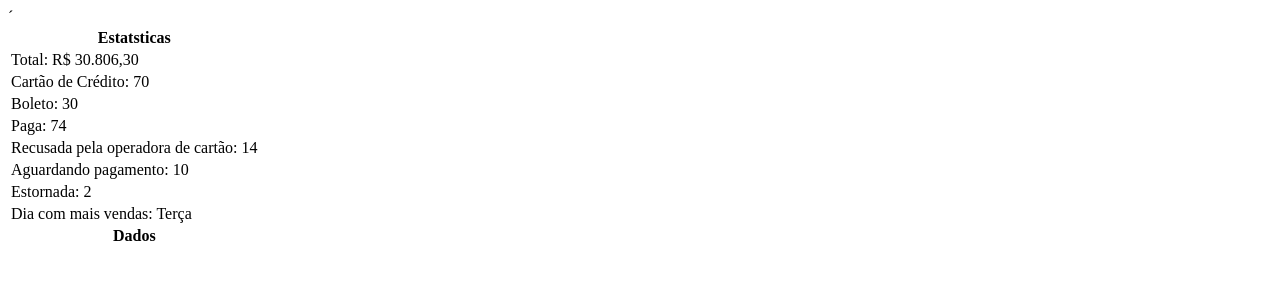
Repository: lucasleitedosreis/exercicios-praticando-typescript
Page: index.html
An editor plug-in stored every save of this project. The page is shown before and after the next save, followed by the edit.
The browser window is 1280 px wide. The pictures show the whole page.
The page's requests for data from a server got no answer.

Above is the page before, as saved 2023-04-13 13:37:53.

After the next save:
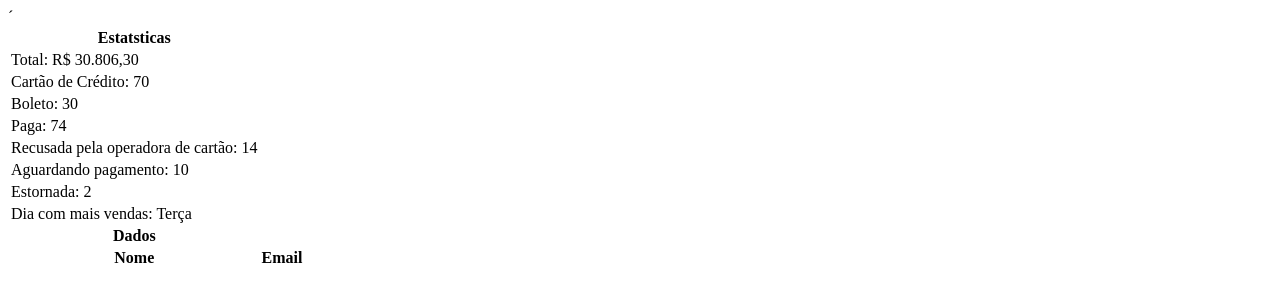
Saved 2 min 14 s later.
--- a/index.html
+++ b/index.html
@@ -48,7 +48,10 @@
             </tr>
         </thead>
         <tbody>
-
+            <tr>
+                <th>Nome</th>
+                <th>Email</th>
+            </tr>
         </tbody>
 
     </table>
